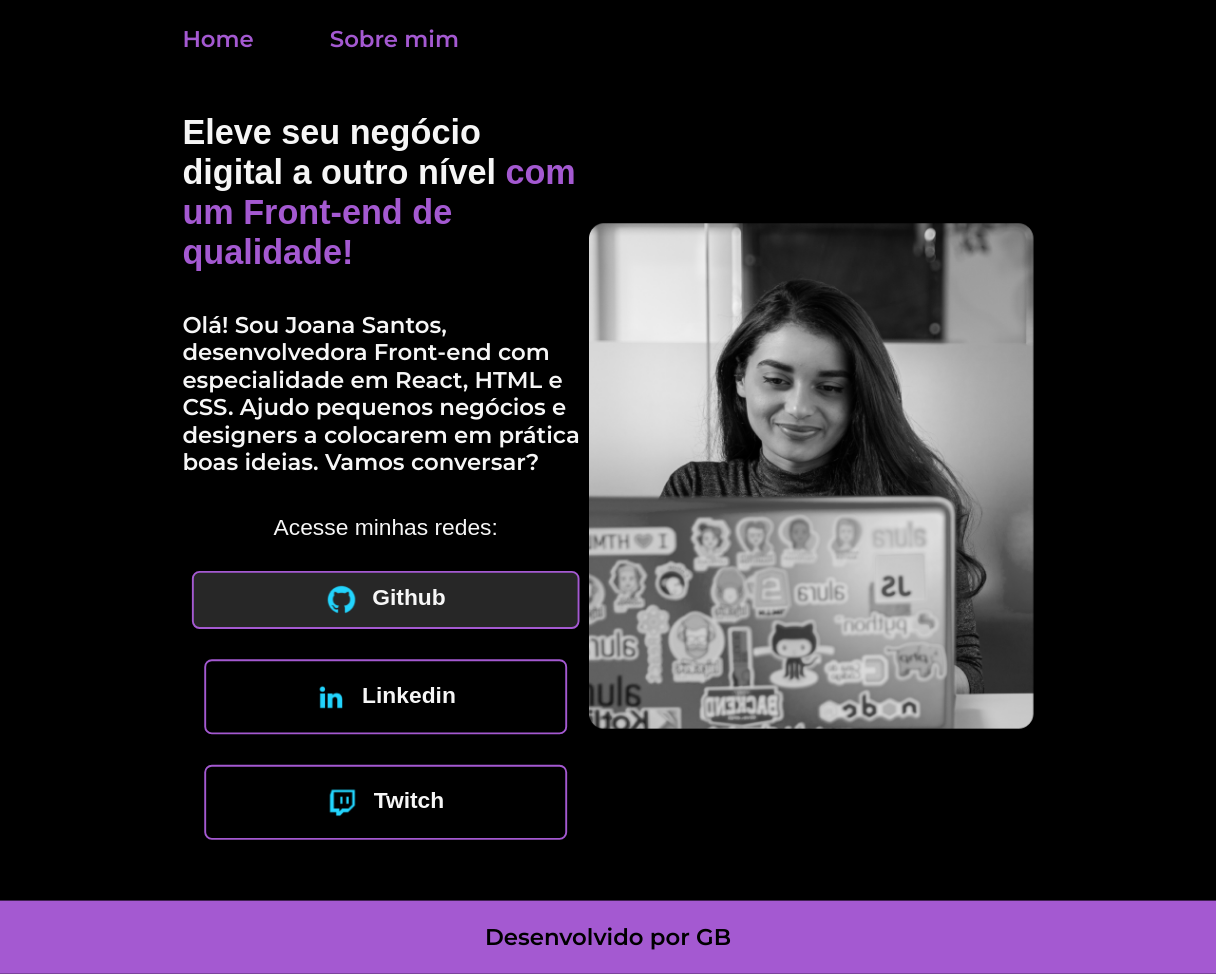
Repository: YoungAkira/CursoHtmlCss
Page: index.html
An editor plug-in stored every save of this project. The page is shown before and after the next save, followed by the edit.
The browser window is 1280 px wide. The pictures show the whole page, at 95% of full size.
The pointer rests on the first visible `.apresentacao-links-link`.
Some web fonts or font styles are not loaded; a fallback is used.

Above is the page before, as saved 2023-05-16 15:21:08.

After the next save:
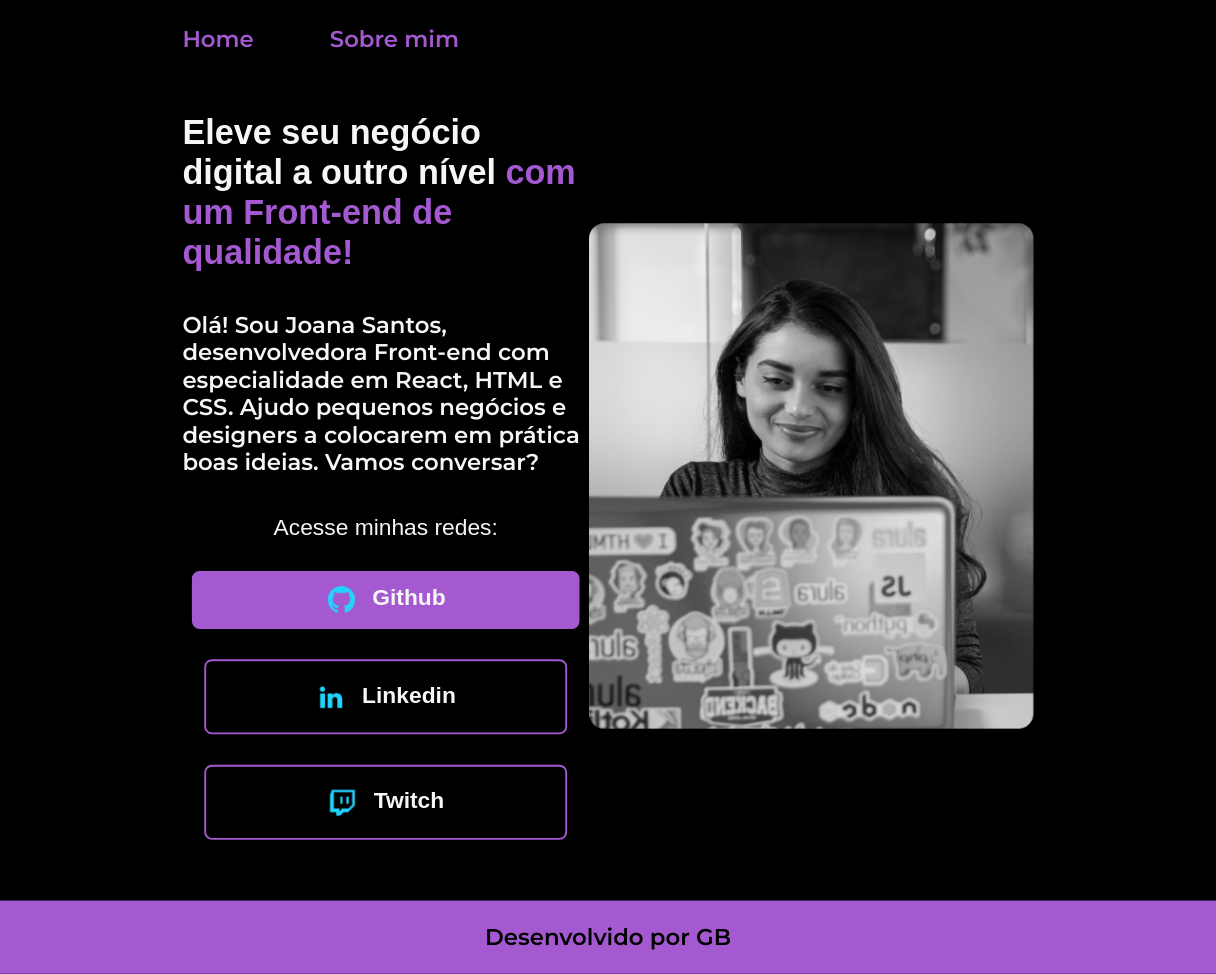
Saved 53 s later.
--- a/style/style.css
+++ b/style/style.css
@@ -115,7 +115,7 @@ body {
 
 
 .apresentacao-links-link:hover{
-    background-color:var(--cor-hover);
+    background-color:var(--cor-terciaria);
     padding: 3%;
 }
 
